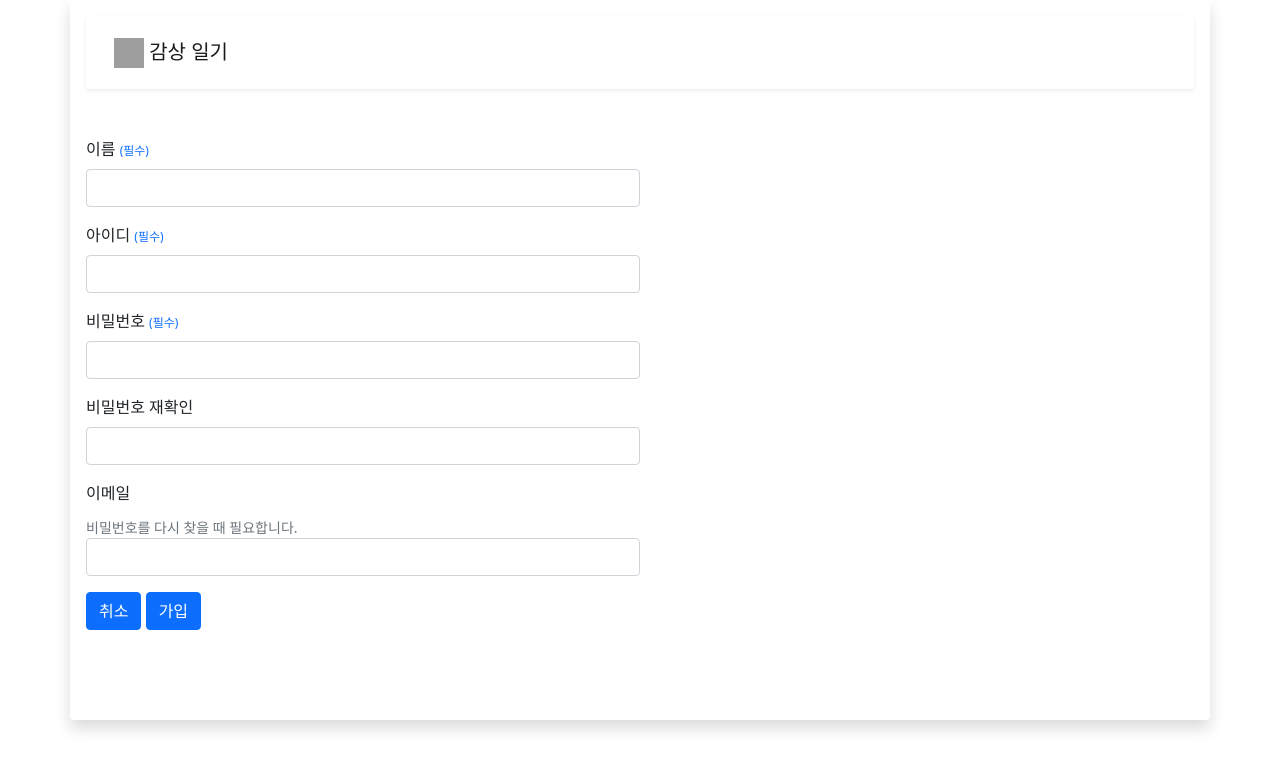
Repository: EunSung98/readMemo
Page: http://localhost/cultureMemoProject/firstStep/signUp.jsp
The author's editor kept a copy of each file at every save. The page is drawn from the files as they stood at one save, then again after the next save.
The browser window is 1280 px wide. The pictures show the whole page.
Pictures or frames that could not be fetched are drawn as grey boxes. The page is served by Tomcat 9.

Above is the page before, as saved 2023-06-05 06:57:25.

After the next save:
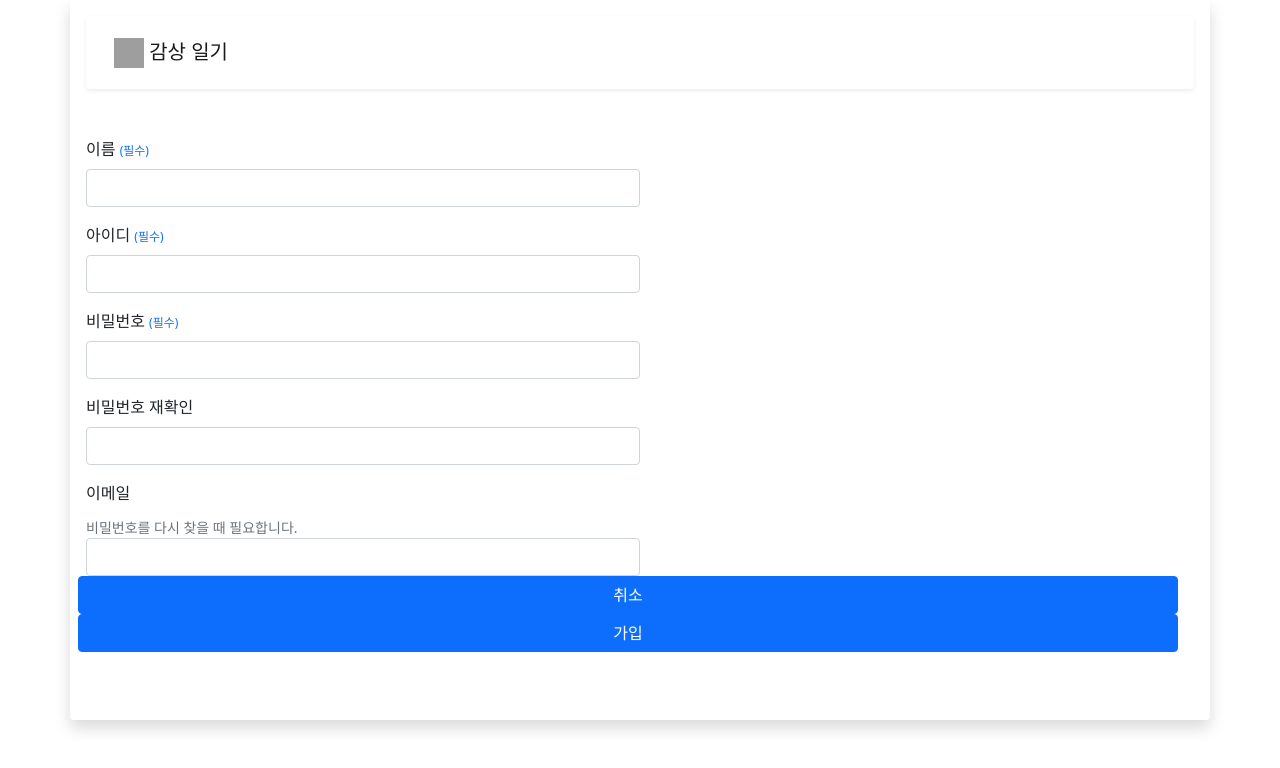
Saved 6 s later.
--- a/cultureMemoProject/src/main/webapp/firstStep/signUp.jsp
+++ b/cultureMemoProject/src/main/webapp/firstStep/signUp.jsp
@@ -37,7 +37,7 @@
 		  <div id="emailHelp" class="form-text">비밀번호를 다시 찾을 때 필요합니다.</div>
 		  <input type="email" class="w-50 form-control" name="email">
 		</div>
-		<div class="col ">
+		<div class="row">
 		  <button type="button" class="btn btn-primary" onclick="location.href='start.jsp'">취소</button>
 		  <button type="submit" class="btn btn-primary">가입</button>
 		</div>

After the save that followed:
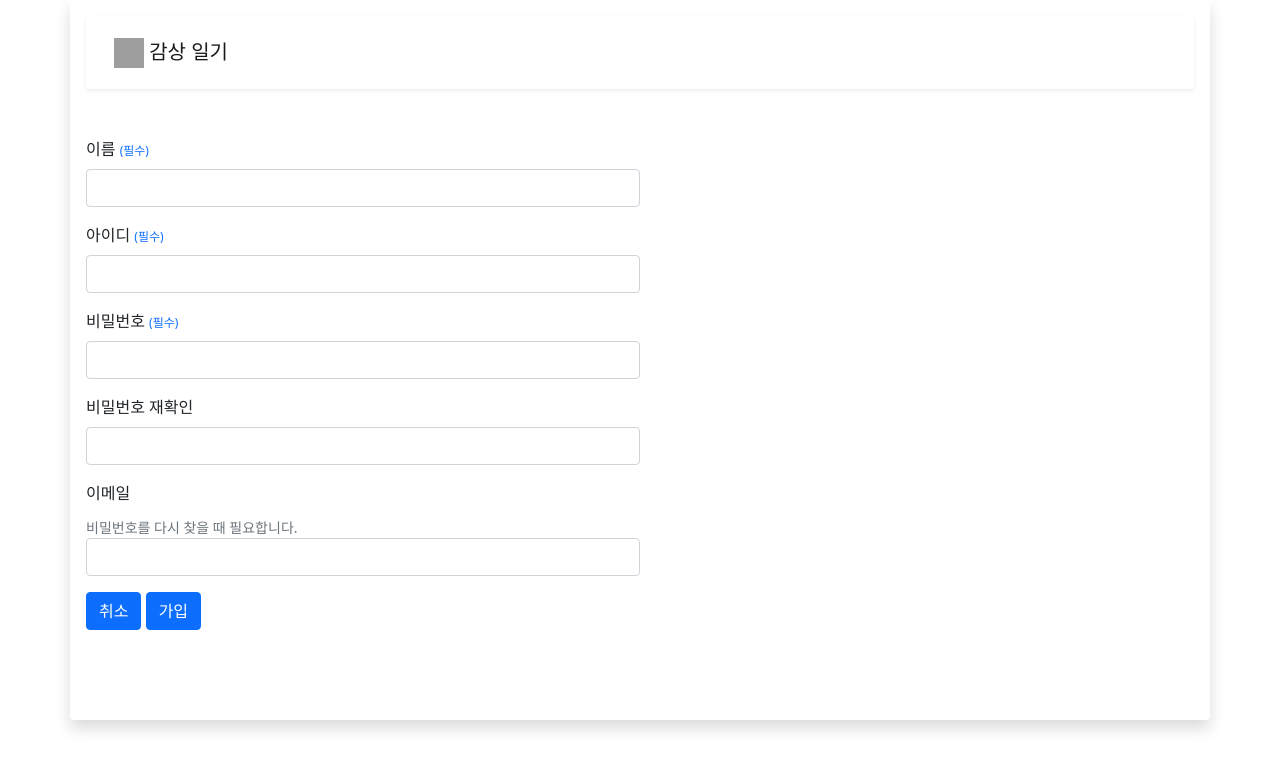
Saved 7 s later.
--- a/cultureMemoProject/src/main/webapp/firstStep/signUp.jsp
+++ b/cultureMemoProject/src/main/webapp/firstStep/signUp.jsp
@@ -37,7 +37,7 @@
 		  <div id="emailHelp" class="form-text">비밀번호를 다시 찾을 때 필요합니다.</div>
 		  <input type="email" class="w-50 form-control" name="email">
 		</div>
-		<div class="row">
+		<div class="col ">
 		  <button type="button" class="btn btn-primary" onclick="location.href='start.jsp'">취소</button>
 		  <button type="submit" class="btn btn-primary">가입</button>
 		</div>
